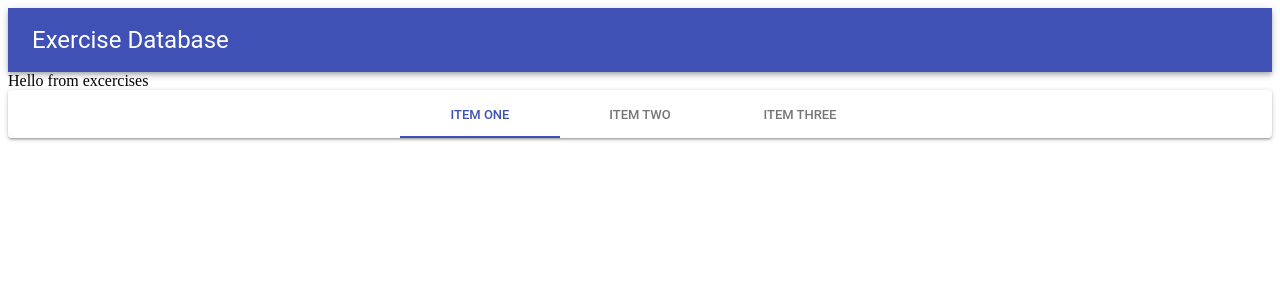
Repository: Votex874/material-ui
Page: /
An editor plug-in stored every save of this project. The page is shown before and after the next save, followed by the edit.
The browser window is 1280 px wide. The pictures show the whole page.
The project was rebuilt for these pictures with package versions that can differ from the ones it lists, and the page was loaded fresh each time.

Above is the page before, as saved 2019-03-23 17:26:29.

### src/index.js
import React from 'react';
import ReactDOM from 'react-dom';
import App from './Components/App';
import * as serviceWorker from './serviceWorker';

ReactDOM.render(<App />, document.getElementById('root'));

// If you want your app to work offline and load faster, you can change
// unregister() to register() below. Note this comes with some pitfalls.
// Learn more about service workers: https://bit.ly/CRA-PWA
serviceWorker.unregister();

### src/Components/App.js
import React, { Component, Fragment } from 'react';
import { Header, Footer } from './Layouts/index'
import Excersises from './Exercises/index'


class App extends Component {
  render() {
    return (
      <Fragment>
        <Header />
        <Excersises />
        <Footer />
      </Fragment>
    );
  }
}

export default App;

### src/Components/Layouts/index.js
import Header from './Header'
import Footer from './Footer'

export {
  Header, Footer
}

### src/Components/Exercises/index.js
import React from 'react'

export default props =>
  <div>
    Hello from excercises
  </div>

### src/Components/Layouts/Header.js
import React from 'react';
import { AppBar, Toolbar, Typography } from '@material-ui/core'


const Header = props => {
  return (
    <AppBar position="static">
      <Toolbar>
        <Typography variant="headline" color="inherit">Exercise Database</Typography>
      </Toolbar>
    </AppBar>
  );
}

export default Header

### src/Components/Layouts/Footer.js
import React from 'react';
import { Paper, Tabs, Tab } from '@material-ui/core'

const Footer = props => {
  return (
    <Paper>
      <Tabs
        value={0}
        indicatorColor="primary"
        textColor="primary"
        centered
      >
        <Tab label="Item One" />
        <Tab label="Item Two" />
        <Tab label="Item Three" />
      </Tabs>
    </Paper>
  );
}

export default Footer

Loaded but not shown: public/index.html (common file); src/serviceWorker.js (common file)

After the next save:
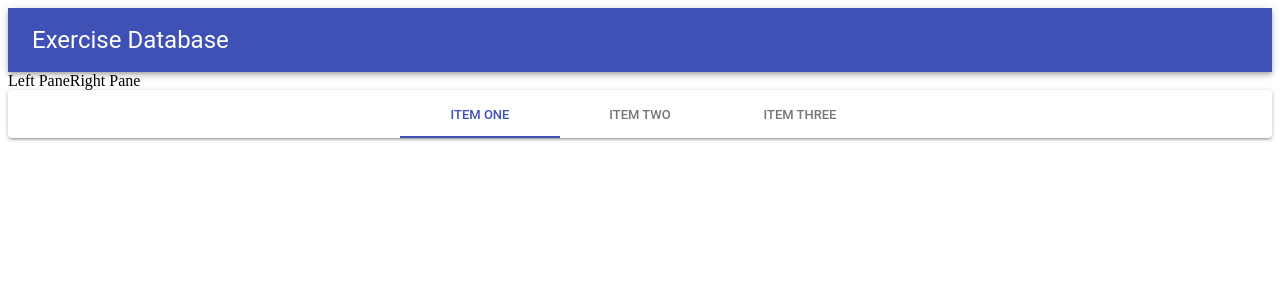
Saved 2 min 45 s later.
--- a/src/Components/Exercises/index.js
+++ b/src/Components/Exercises/index.js
@@ -1,6 +1,12 @@
 import React from 'react'
+import { Grid } from '@material-ui/core'
 
 export default props =>
-  <div>
-    Hello from excercises
-  </div>
+  <Grid container>
+    <Grid item>
+      Left Pane
+    </Grid>
+    <Grid item>
+      Right Pane
+    </Grid>
+  </Grid>
